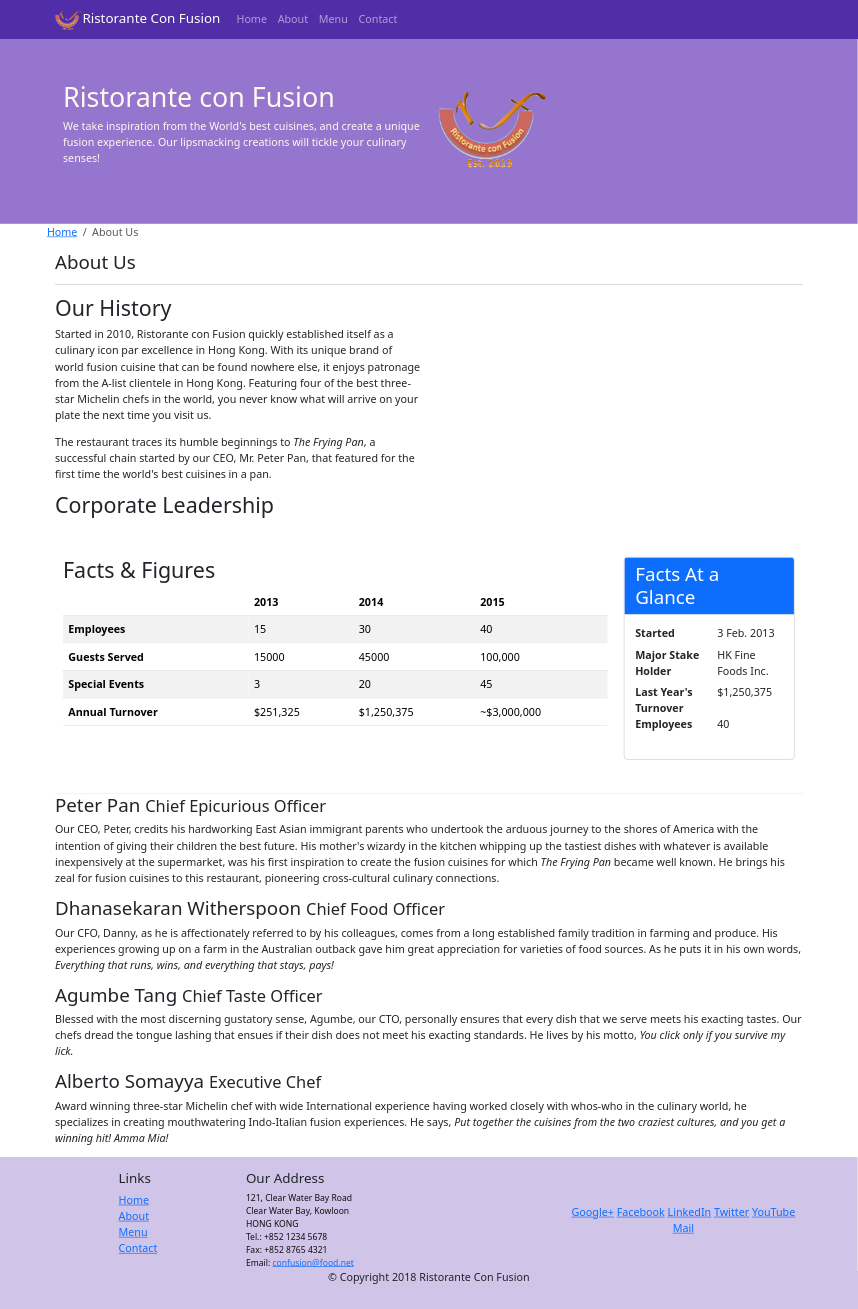
Repository: DungBuiTuan/FER201m
Page: aboutus.html
An editor plug-in stored every save of this project. The page is shown before and after the next save, followed by the edit.
The browser window is 1280 px wide. The pictures show the whole page, at 67% of full size.
Some web libraries are served in a nearby version.

Above is the page before, as saved 2023-05-18 00:10:21.

After the next save:
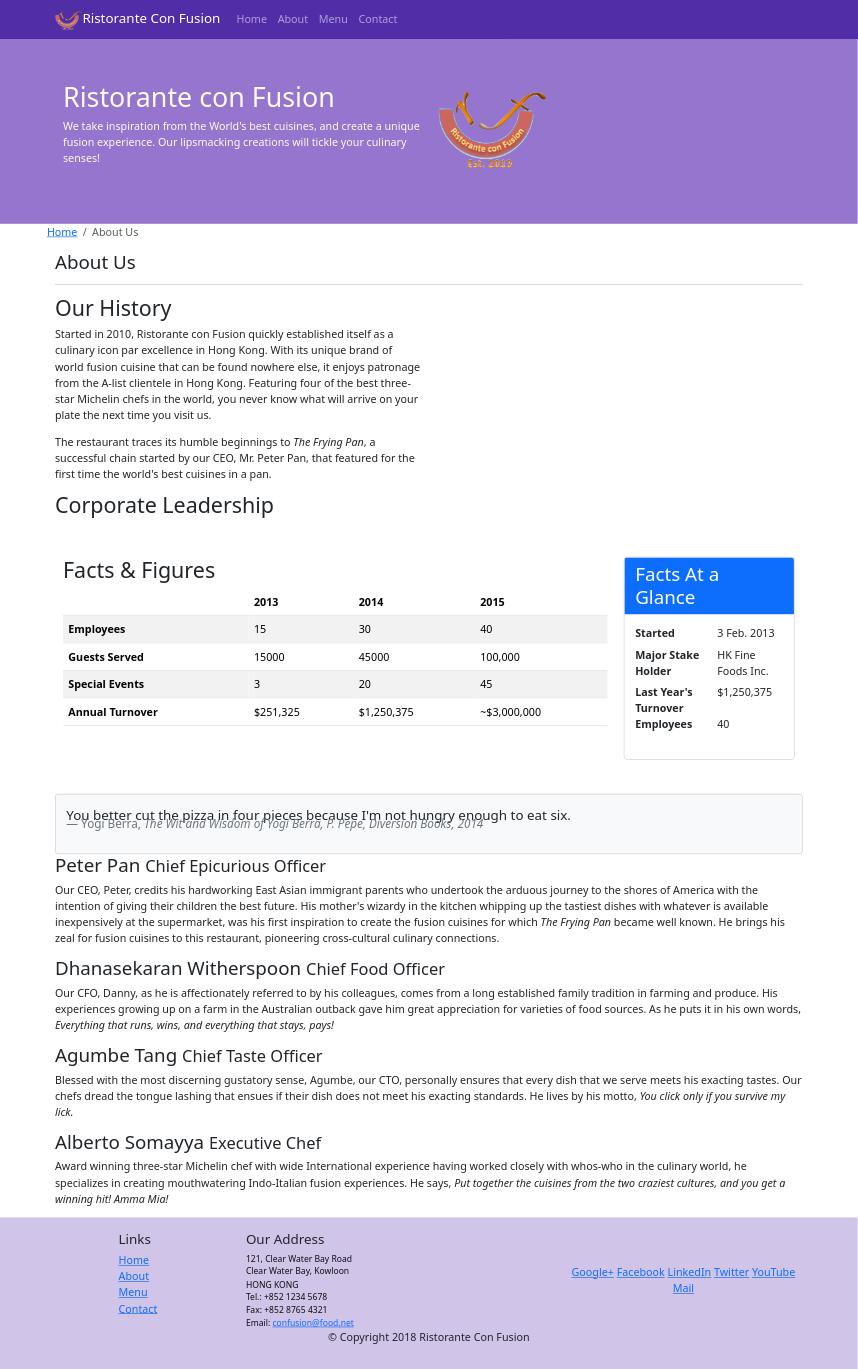
Saved 43 s later.
--- a/aboutus.html
+++ b/aboutus.html
@@ -130,11 +130,21 @@
                                             <dd class="col-6">40</dd>
                                         </dl>
                                     </div>
-
-
                                 </div>
                             </div>
                        </div>
+                       <div class="col-12">
+                        <div class="card card-body bg-light">
+                            <blockquote class="blockquote">
+                                <p class="mb-0">You better cut the pizza in four pieces because
+                                    I'm not hungry enough to eat six.</p>
+                                <footer class="blockquote-footer">Yogi Berra,
+                                    <cite title="Source Title">The Wit and Wisdom of Yogi Berra,
+                                    P. Pepe, Diversion Books, 2014</cite>
+                                </footer>
+                            </blockquote>
+                        </div>
+                    </div>
 
                         <h3>Peter Pan <small>Chief Epicurious Officer</small></h3>
                     </div>
